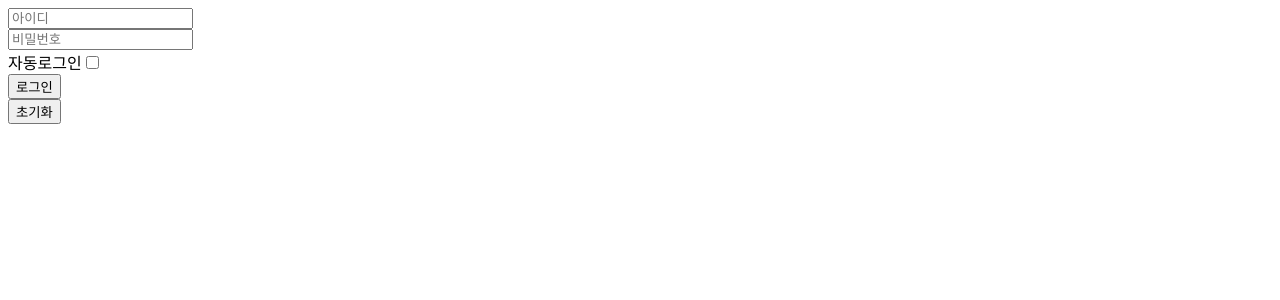
Repository: jjjjjjji-hun/jsp_practice
Page: http://localhost/JSPBasic/jspObject/3.cookie/cookie_login.jsp
The author's editor kept a copy of each file at every save. The page is drawn from the files as they stood at one save, then again after the next save.
The browser window is 1280 px wide. The pictures show the whole page.
The page is served by Tomcat 9.

Above is the page before, as saved 2022-02-07 02:25:53.

### JSPBasic/src/main/webapp/jspObject/3.cookie/cookie_login.jsp
<%@ page language="java" contentType="text/html; charset=UTF-8"
    pageEncoding="UTF-8"%>
<%
	// 생성된 user_id쿠키를 검색해서 쿠키가 존재한다면
	// 로그인 창 대신에 브라우저에 "이미 로그인한 사용자입니다."
	// 를 출력해주시고, user_id가 없을 때는 로그인 입력창이 등장하도록
	// if~else문을 활용해주세요.

%>
<!DOCTYPE html>
<html>
<head>
<meta charset="UTF-8">
<title>Insert title here</title>
</head>
<body>
<%-- 로그인창은 form으로 구성해주시면 됩니다.
input text 1개(유저 아이디 입력), input password 1개 (비밀번호 입력)
input checkbox 1개 (자동로그인)
목적지는 cookie_login_ok.jsp로 해주세요.--%>
	<form action="cookie_login_ok.jsp" method="post">
	<input type="text" name="userId" placeholder="아이디"/><br/>
	<input type="password" name="userPw" placeholder="비밀번호"/><br/>
	자동로그인<input type="checkbox" name="auto" value="checked"/><br/>
	<input type="submit" value="로그인"/><br/>
	<input type="reset" value="초기화"/>
	</form>
</body>
</html>

After the next save:
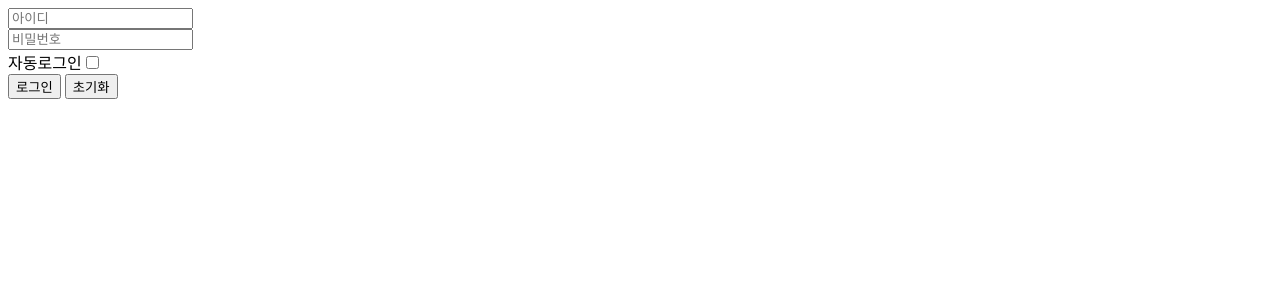
Saved 2 min 51 s later.
--- a/JSPBasic/src/main/webapp/jspObject/3.cookie/cookie_login.jsp
+++ b/JSPBasic/src/main/webapp/jspObject/3.cookie/cookie_login.jsp
@@ -22,7 +22,7 @@ input checkbox 1개 (자동로그인)
 	<input type="text" name="userId" placeholder="아이디"/><br/>
 	<input type="password" name="userPw" placeholder="비밀번호"/><br/>
 	자동로그인<input type="checkbox" name="auto" value="checked"/><br/>
-	<input type="submit" value="로그인"/><br/>
+	<input type="submit" value="로그인"/>
 	<input type="reset" value="초기화"/>
 	</form>
 </body>
